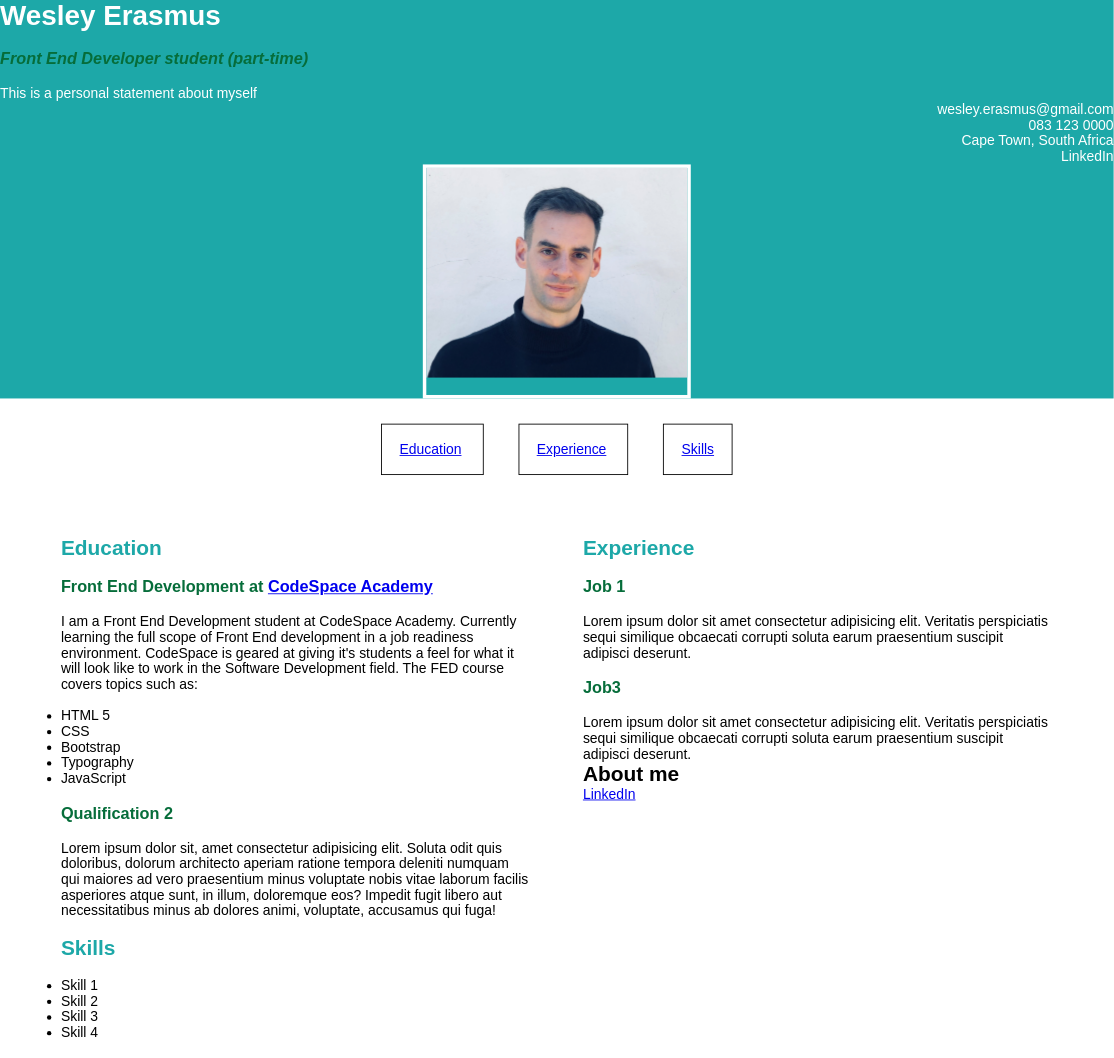
Repository: WesleyErasmus/myDigitalResume
Page: Resume-Projec-3/index.html
The author's editor kept a copy of each file at every save. The page is drawn from the files as they stood at one save, then again after the next save.
The browser window is 1280 px wide. The pictures show the whole page, at 87% of full size.

Above is the page before, as saved 2022-02-12 13:23:09.

After the next save:
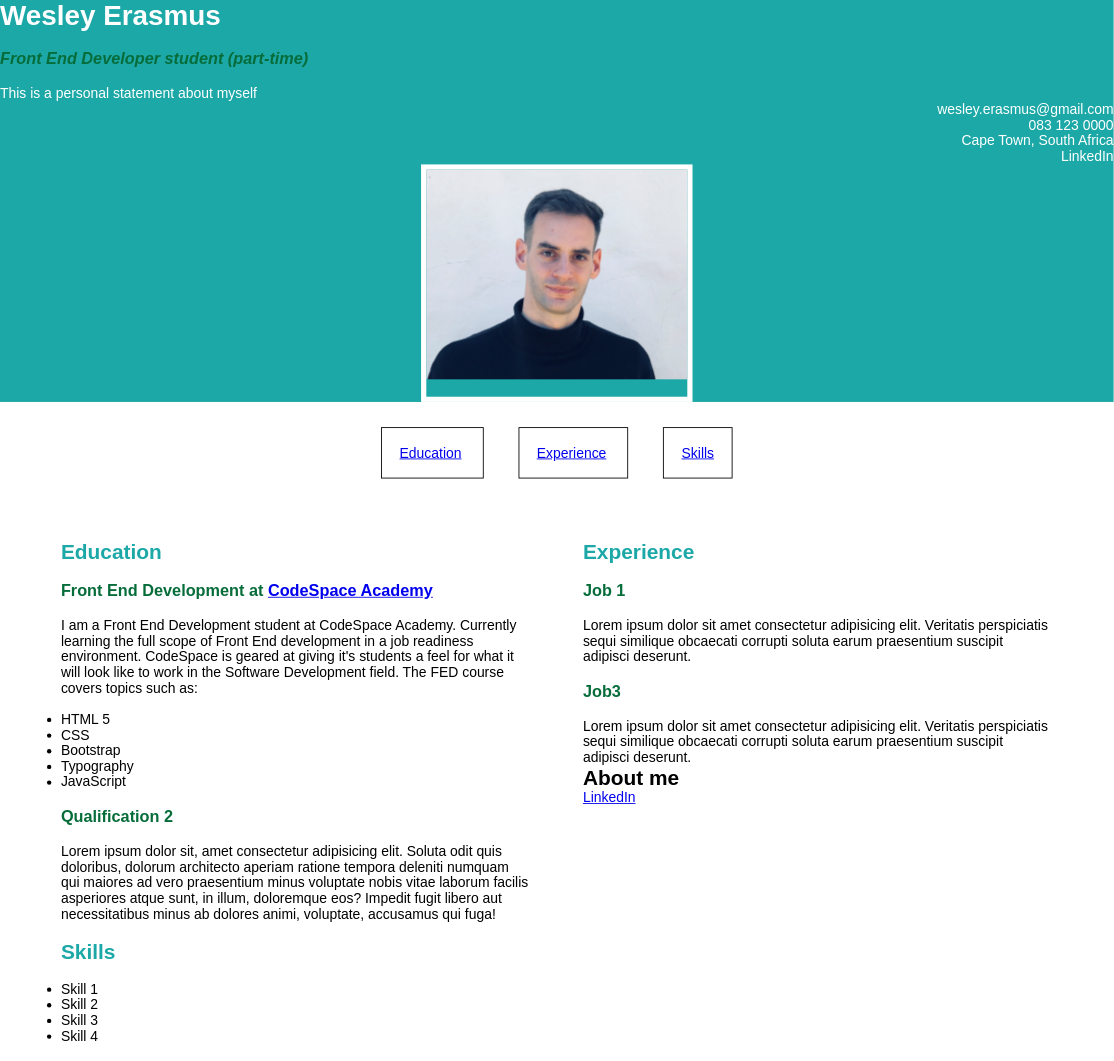
Saved 38 s later.
--- a/Resume-Projec-3/styles.css
+++ b/Resume-Projec-3/styles.css
@@ -17,7 +17,7 @@ h3 {
     text-align: right;
 }
 img {
-    border: 4px solid #fff;
+    border: 6px solid #fff;
     display: block;
     margin: 0 auto;
     padding-bottom: 20px;
